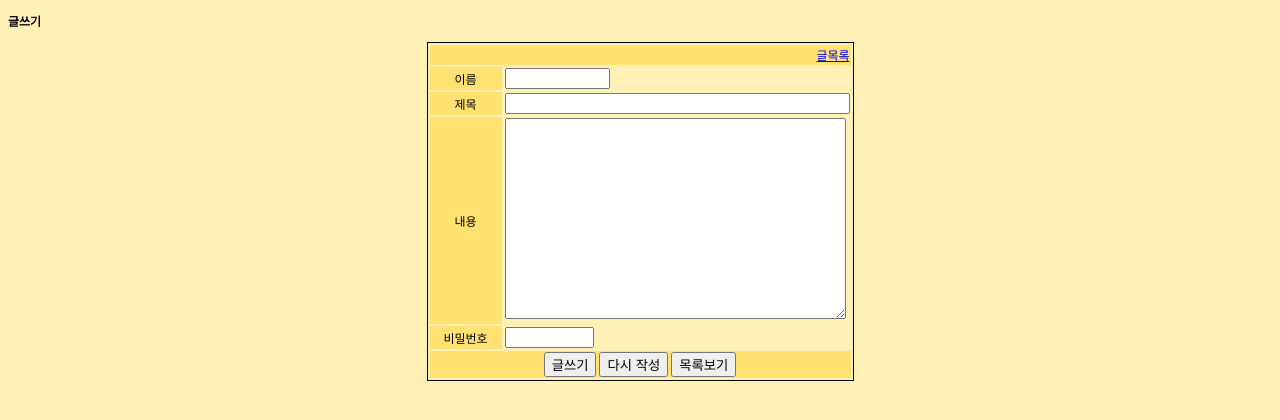
Repository: matodale/StudyJSP
Page: http://localhost/StudyJSP/ch13/writeForm.jsp
These files come from the project's save history. The page is drawn as it stood at one moment and after the next save; the edit follows.
The browser window is 1280 px wide. The pictures show the whole page.
The page is served by Tomcat 9. Other server files are loaded and not shown.

Above is the page before, as saved 2022-12-24 01:30:07.

### StudyJSP/src/main/webapp/ch13/writeForm.jsp
<%@ page language="java" contentType="text/html; charset=UTF-8"
    pageEncoding="UTF-8"%>
<%@ include file="js/color.jspf" %>
<!DOCTYPE html>
<html>
<head>
<meta charset="UTF-8">
<title>게시판</title>
<link href="css/style.css" rel="stylesheet" type="text/css">
<script type="text/javascript" src="js/script.js"></script>
</head>
<body bgcolor="<%=bodyback_c%>">
<%
	int num = 0, ref = 1, re_step = 0, re_level = 0;
	String strV = "";
	try{
		if(request.getParameter("num")!=null){
			num = Integer.parseInt(request.getParameter("num"));
			ref = Integer.parseInt(request.getParameter("ref"));
			re_step = Integer.parseInt(request.getParameter("re_step"));
			re_level = Integer.parseInt(request.getParameter("re_level"));
		}
%>
	<p>글쓰기</p>
	<form method="post" name="writeform" action="writePro.jsp" onsubmit="return writeSave()">
		<input type="hidden" name="num" value="<%=num %>">
		<input type="hidden" name="ref" value="<%=ref %>">
		<input type="hidden" name="re_step" value="<%=re_step %>">
		<input type="hidden" name="re_level" value="<%=re_level %>">

		<table style="margin-left:auto; margin-right:auto;">
			<tr>
				<td align="right" colspan="2" bgcolor="<%=value_c%>">
					<a href="list.jsp">글목록</a>
				</td>
			</tr>
			<tr>
				<td width="70" bgcolor="<%=value_c%>">이름</td>
				<td width="330" align="left">
					<input type="text" size="10" maxlength="10" name="writer" style="ime-mode:active;">
				</td><!-- active: 한글-->
			</tr>
			<tr>
				<td width="70" bgcolor="<%=value_c%>" align="center">제목</td>
				<td width="330" align="left">
					<%
						if(request.getParameter("num")==null)
							strV = "";
						else
							strV = "[답변]";
					%>
					<input type="text" size="40" maxlength="50"
					name="subject" value="<%=strV%>" style="ime-mode:active;">
				</td>
			</tr>
			<tr>
				<td width="70" bgcolor="<%=value_c%>" align="center">내용</td>
				<td width="330" align="left">
					<textarea name="content" rows="13" cols="40" style="ime-mode:active;">
					</textarea>
				</td>
			</tr>
			<tr>
				<td width="70" bgcolor="<%=value_c%>" align="center">비밀번호</td>
				<td width="330" align="left">
					<input type="password" size="8" maxlength="12" name="passwd" style="ime-mode:inactive;">
				</td>
			</tr>
			<tr>
				<td colspan="2" bgcolor="<%=value_c%>" align="center">
					<input type="submit" value="글쓰기">
					<input type="reset" value="다시 작성">
					<input type="button" value="목록보기" Onclick="window.location=list.jsp">
				</td>
			</tr>
		</table>
	</form>
<%
	}catch(Exception e){}
%>
</body>
</html>

### StudyJSP/src/main/webapp/ch13/js/color.jspf
<%
   String bodyback_c="#FFF0B5";
   String value_c="#FFE271";
%>

### StudyJSP/src/main/webapp/ch13/css/style.css
@charset "UTF-8";

body {
	font-size: 9pt;

}
form {
	font-size: 9pt;
}

table{
	text-align: center;
	font-size: 9pt;
	border: 1pt solid black;
}

select {
	font-size: 9pt;
}

p{
	font-weight: 700;
}

### StudyJSP/src/main/webapp/ch13/js/script.js
function writeSave(){
	var writeform = document.writeform;

	if(!writeform.writer.value){
	  alert("작성자를 입력하십시요.");
	  writeform.writer.focus();
	  return false;
	}

	if(!writeform.subject.value){
	  alert("제목을 입력하십시요.");
	  writeform.subject.focus();
	  return false;
	}

	if(!writeform.content.value){
	  alert("내용을 입력하십시요.");
	  writeform.content.focus();
	  return false;
	}

	if(!writeform.passwd.value){
	  alert(" 비밀번호를 입력하십시요.");
	  writeform.passwd.focus();
	  return false;
	}
 };

After the next save:
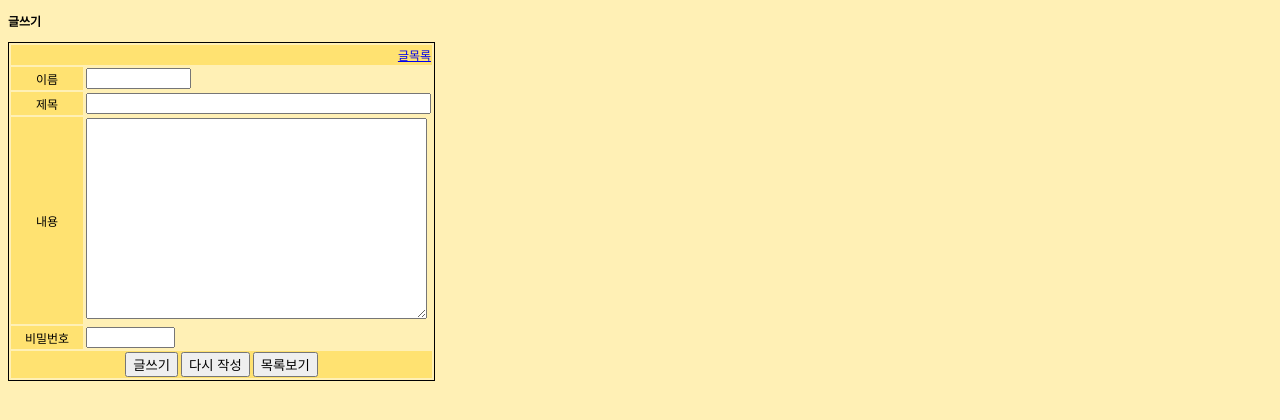
Saved 14 s later.
--- a/StudyJSP/src/main/webapp/ch13/writeForm.jsp
+++ b/StudyJSP/src/main/webapp/ch13/writeForm.jsp
@@ -28,7 +28,7 @@
 		<input type="hidden" name="re_step" value="<%=re_step %>">
 		<input type="hidden" name="re_level" value="<%=re_level %>">
 
-		<table style="margin-left:auto; margin-right:auto;">
+		<table style="">
 			<tr>
 				<td align="right" colspan="2" bgcolor="<%=value_c%>">
 					<a href="list.jsp">글목록</a>

After the 2 saves that followed:
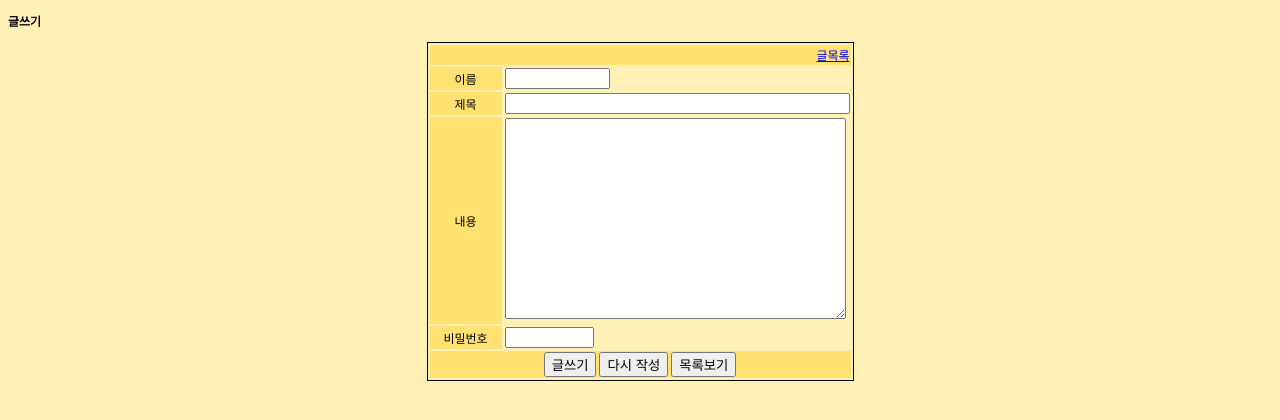
The 2 saves are shown as one change because they came seconds apart.
The last was saved 6 s later.
--- a/StudyJSP/src/main/webapp/ch13/css/style.css
+++ b/StudyJSP/src/main/webapp/ch13/css/style.css
@@ -2,13 +2,13 @@
 
 body {
 	font-size: 9pt;
-
 }
 form {
 	font-size: 9pt;
 }
 
 table{
+	margin-left:auto; margin-right:auto;
 	text-align: center;
 	font-size: 9pt;
 	border: 1pt solid black;
